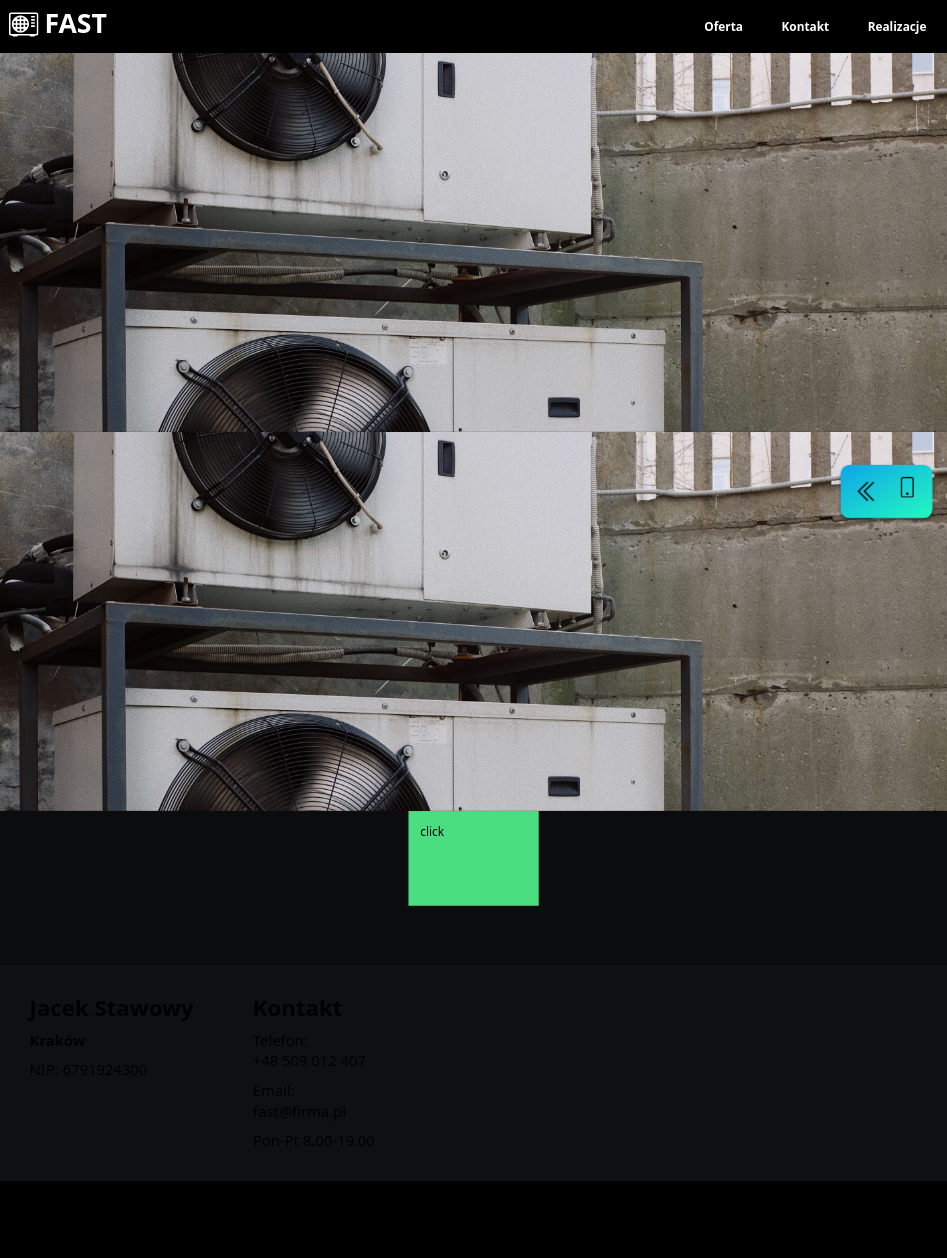
Repository: piotrokrutniak/Fast-CompanyWebsite
Page: /carousel
An editor plug-in stored every save of this project. The page is shown before and after the next save, followed by the edit.
The browser window is 1280 px wide. The pictures show the whole page, at 74% of full size.
The project was rebuilt for these pictures with package versions that can differ from the ones it lists, and the page was loaded fresh each time. The framework's server and built-in components were replaced by stand-ins that run in the browser. Also part of the build but not shown: next.config.js.

Above is the page before, as saved 2023-10-21 11:19:48.

### src/app/layout.js
import FootBar from './components/footbar/footbar'
import Navbar from './components/navbar/navbar'
import QuickContact from './components/quickContact'
import './globals.css'
import { Inter } from 'next/font/google'

const inter = Inter({ subsets: ['latin'] })

export const metadata = {
  title: 'Fast - Klimatyzacje Kraków',
  description: 'F.U.H. Fast Jacek Stawowy - Klimatyzacje',
}

export default function RootLayout({ children }) {
  return (
    <html lang="en" className=''>
      <body className='bg-black min-w-mobile overflow-x-hidden'>
        <div className='bg-slate-500/10 min-h-screen relative'>
          <Navbar/>
          {children}
          <QuickContact/>
          <FootBar/>
        </div>
      </body>
    </html>
  )
}

### src/app/(pages)/carousel/page.js
"use client"
import Image from "next/image"
import p1 from "../../../../public/img/air-conditioning-2.jpg"
import p2 from "../../../../public/img/heat-pump-2.jpg"
import p3 from "../../../../public/img/heating-2.jpg"
import { useState } from "react"
// import ac1 from "./media/img/air-conditioning-2.jpg"
// import ac2 from "./media/img/heat-pump-2.jpg"
// import ac3 from "./media/img/heating-2.jpg"

export default function CarouselPage(){
    const slides = [p1, p2, p3]

    const [activeIndex, setActiveIndex] = useState(0)

    return(
        <>
        <div className="w-full max-w-7xl relative mx-auto overflow-x-auto">
        <div className="relative w-full max-w-7xl h-128 flex overflow-visible -translate-x-[0%]">
            <div className="w-full h-full absolute">
                <Image src={p1} layout='fill' objectFit='cover' className="h-full"/>
            </div>
            <div className="w-full h-full absolute left-[100%]">
                <Image src={p2} layout='fill' objectFit='cover'/>
            </div>
            <div className="w-full h-full absolute left-[200%]">
                <Image src={p3} layout='fill' objectFit='cover'/>
            </div>
        </div>
        </div>
        <div className="w-full max-w-7xl relative mx-auto overflow-x-auto">
        <div className={`relative w-full max-w-7xl h-128 flex overflow-visible -translate-x-[${activeIndex * 100}%]`}>
            {slides.map((image, index) => <CarouselPanel image={image} key={index} index={index} />)}
        </div>
        </div>
        <div className="w-44 h-32 mx-auto p-4 bg-green-400" onClick={() => setActiveIndex(x => x+1)}>click</div>
        </>
    )
}

function CarouselPanel({image, index}){
    return (
        <div className={`w-full h-full absolute left-[${index * 100}%]`}>
            <Image src={image} layout='fill' objectFit='cover' className="h-full"/>
        </div>
        )
}

### src/app/components/footbar/footbar.js
import Link from "next/link";

export default function FootBar(){
    return(
        <footer className="bg-slate-500/5 mt-20">
            <div className="max-w-7xl w-full p-10 flex gap-8 sm:gap-20 m-auto">
                <div className="flex flex-col gap-3">
                    <h1 className="font-bold text-3xl">Jacek Stawowy</h1>
                    <h2 className="font-semibold text-xl">Kraków</h2>
                    <h2 className="font-thin text-xl">NIP: 6791924300</h2>
                </div>

                <div className="flex flex-col gap-3">
                    <h1 className="font-bold text-3xl">Kontakt</h1>
                    <h2 className="font-thin text-xl">Telefon:
                    <Link href={"tel:+48 509 012 407"} className="cursor-pointer hover:text-emerald-200">
                        <p className="whitespace-nowrap">
                            +48 509 012 407
                        </p>
                    </Link>
                    </h2>
                    <h2 className="font-thin text-xl">Email:
                    <Link href={"email:fast@firma.pl"} className="cursor-pointer hover:text-emerald-200">
                        <p className="whitespace-nowrap">
                            fast@firma.pl
                        </p>
                    </Link>
                    </h2>
                    <h2 className="font-thin text-xl">Pon-Pt 8.00-19.00</h2>
                </div>
            </div>
            <div className="bg-black flex p-10 ">
                <div className="xs:m-auto w-fit">
                    © Piotr Okrutniak 2022
                </div>
            </div>
        </footer>
    )
}

### src/app/components/navbar/navbar.js
"use client";
import { useState } from "react";
import ButtonBase from "../common/buttonBase";
import AcLogo from "../icons/ac";
import {BsList, BsXLg} from "react-icons/bs";
import Link from "next/link";

export default function Navbar(){
    const [mobileOpen, setMobileOpen] = useState(false)

    return(
        <nav className="sticky bg-black top-0 w-full py-3 px-5 sm:px-3  z-50">
            <div className="flex justify-between mx-auto max-w-7xl h-auto align-middle">
                <Link href="/">
                    <div className="text-white text-4xl font-bold hover:cursor-pointer flex gap-2 align-middle
                        hover:text-emerald-200 hover:fill-emerald-200 fill-white active:opacity-90 transition-all">
                        <AcLogo className="h-10 w-10 top-px relative"/>
                        FAST
                    </div>
                </Link>
                <div className="align-middle gap-5 text-black transition-all ease-in hidden sm:flex">
                    <Link href="/oferta">
                        <ButtonBase text="Oferta" color="bg-transparent" className="hover:bg-slate-400/25 text-white"  onClick={() => setMobileOpen(false)}/>
                    </Link>
                    <Link href="/kontakt">
                        <ButtonBase text="Kontakt" color="bg-transparent" className="hover:bg-slate-400/25 text-white"  onClick={() => setMobileOpen(false)}/>
                    </Link>
                    <Link href="/realizacje">
                        <ButtonBase text="Realizacje" color="bg-transparent" className="hover:bg-slate-400/25 text-white"  onClick={() => setMobileOpen(false)}/>
                    </Link>
                </div>
                <div className=" sm:hidden flex">
                    <BsList className="h-12 w-12 cursor-pointer hover:fill-emerald-200 active:opacity-90" onClick={() => setMobileOpen(true)}/>
                </div>
            </div>

            <div className={`${mobileOpen ? "" : "translate-x-full"} absolute w-screen h-screen bg-black left-0 top-0 sm:hidden transition-all`}>
                <div id="mobile-header" className="flex p-3 cursor-pointer" onClick={() => setMobileOpen(false)}>
                    <BsXLg className="w-14 h-14 p-2 hover:fill-emerald-200 active:opacity-70 absolute right-4"/>
                </div>
                <div id="mobile-list" className="flex flex-col w-full gap-8 justify-center text-xl px-5 py-32">
                    <Link href="/kontakt" onClick={() => setMobileOpen(false)}>
                        <ButtonBase text="Kontakt" className="w-full py-6 px-10 bg-gradient-to-br hover:from-sky-500 hover:to-emerald-200 self-center" color="bg-slate-500/25"/>
                    </Link>
                    <Link href="/oferta" onClick={() => setMobileOpen(false)}>
                        <ButtonBase text="Oferta" className="w-full py-6 px-10 bg-gradient-to-br hover:from-sky-500 hover:to-emerald-200 self-center" color="bg-slate-500/25"/>
                    </Link>
                    <Link href="/realizacje" onClick={() => setMobileOpen(false)}>
                        <ButtonBase text="Realizacje" className="w-full py-6 px-10 bg-gradient-to-br hover:from-sky-500 hover:to-emerald-200 self-center" color="bg-slate-500/25"/>
                    </Link>
                    <Link href="/" onClick={() => setMobileOpen(false)}>
                        <ButtonBase text="Strona Główna" className="w-full py-6 px-10 bg-gradient-to-br hover:from-sky-500 hover:to-emerald-200 self-center" color="bg-slate-500/25"/>
                    </Link>
                </div>
                <div className="p-10 justify-self-center w-full text-center bottom-0 absolute">
                    © Piotr Okrutniak 2022
                </div>
            </div>
        </nav>
    )
}

### src/app/components/quickContact.js
"use client";

import Link from "next/link";
import { useState } from "react"
import {BsChevronDoubleRight, BsPhone} from "react-icons/bs"

export default function QuickContact(){
    const [folded, setFolded] = useState(true)

    function Transition(){
        setFolded((old) => !old)
    }

    return(
        <div className="bg-gradient-to-br from-sky-500 to-emerald-200 rounded-xl w-fit sm:p-5 p-3 text-base
            font-normal shadow-md shadow-black/50 fixed right-5 bottom-5 flex items-center gap-4 transition-all ease-in-out whitespace-nowrap">
            <BsChevronDoubleRight className={`${folded ? "rotate-180" : "rotate-0"} transition-all ease-in h-8 w-8 cursor-pointer active:opacity-60 select-none`}
                onClick={() => Transition()}/>
            <div className="flex gap-2">
                <p className={`${folded ? "w-0" : "w-72 max-sm:w-44"} overflow-hidden transition-all ease-in flex max-sm:flex-col`}><p>Skontaktuj się z nami:</p> <Link href={"tel:+48 509 012 407"} className="cursor-pointer">+48 509 012 407</Link></p>
                <BsPhone className="h-7 w-7 animate-bounce self-center"/>
            </div>
        </div>
    )
}

### src/app/globals.css
@import 'tailwindcss/base';
@import 'tailwindcss/components';
@import 'tailwindcss/utilities';

:root {

}

@media (prefers-color-scheme: dark) {
  :root {
    --foreground-rgb: 255, 255, 255;
    scroll-behavior: smooth;
  }
}

body {
  color: rgb(var(--foreground-rgb));
  background: linear-gradient(
      to bottom,
      transparent,
      rgb(var(--background-end-rgb))
    )
    rgb(var(--background-start-rgb));
}

@layer base {
  html {
    scroll-behavior: smooth;
  }
}

### src/app/components/common/buttonBase.js
export default function ButtonBase({...props}){
    return(
        <button className={`${props.className} ${props.color ?? "bg-sky-500"} py-3 px-4 rounded-lg font-semibold active:opacity-80 flex items-center gap-2 whitespace-nowrap transition-all`}
            onClick={props.onClick}>
            {props.text} {props.icon ?? ""}
        </button>
    )
}

### src/app/components/icons/ac.js
export default function AcLogo({...props}){
    return(
        <svg
            xmlns="http://www.w3.org/2000/svg"
            xmlSpace="preserve"
            width={800}
            height={800}
            viewBox="0 0 507.802 507.802"
            {...props}
        >
            <path d="M465.7 47.901H42.3c-23.3 0-42.3 18.9-42.3 42.3v313.3c0 23.3 19 42.3 42.3 42.3h16.1c0 7.8 6.3 14.1 14.1 14.1H139c7.8 0 14.1-6.3 14.1-14.1h201.6c0 7.8 6.3 14.1 14.1 14.1h66.5c7.8 0 14.1-6.3 14.1-14.1h16.1c23.3 0 42.3-19 42.3-42.3v-313.3c.2-23.4-18.8-42.3-42.1-42.3zm0 369.7H42.3c-7.8 0-14.1-6.3-14.1-14.1v-313.3c0-7.8 6.3-14.1 14.1-14.1h423.3c7.8 0 14.1 6.3 14.1 14.1v313.3h.1c0 7.8-6.3 14.1-14.1 14.1z" />
            <path d="M435.6 107.801H391c-7.8 0-14.1 6.3-14.1 14.1s6.3 14.1 14.1 14.1h44.6c7.8 0 14.1-6.3 14.1-14.1s-6.3-14.1-14.1-14.1zM435.6 161.601H391c-7.8 0-14.1 6.3-14.1 14.1s6.3 14.1 14.1 14.1h44.6c7.8 0 14.1-6.3 14.1-14.1s-6.3-14.1-14.1-14.1zM435.6 215.301H391c-7.8 0-14.1 6.3-14.1 14.1s6.3 14.1 14.1 14.1h44.6c7.8 0 14.1-6.3 14.1-14.1s-6.3-14.1-14.1-14.1zM435.6 269.101H391c-7.8 0-14.1 6.3-14.1 14.1s6.3 14.1 14.1 14.1h44.6c7.8 0 14.1-6.3 14.1-14.1s-6.3-14.1-14.1-14.1zM198.3 99.701c-81.1 0-147.1 66-147.1 147.1s66 147.1 147.1 147.1 147.1-66 147.1-147.1-66-147.1-147.1-147.1zm-80.9 233.9c-2-1.9-3.9-3.8-5.8-5.8h5.8v5.8zm0-34H92c-5.9-11.9-10-24.9-11.6-38.6h37v38.6zm0-66.9h-37c1.6-13.7 5.6-26.7 11.6-38.6h25.4v38.6zm0-66.8h-5.8c1.9-2 3.8-3.9 5.8-5.8v5.8zm66.8 198.9c-13.7-1.6-26.7-5.7-38.6-11.6v-25.4h38.6v37zm0-65.2h-38.6v-38.6h38.6v38.6zm0-66.9h-38.6v-38.6h38.6v38.6zm0-66.8h-38.6v-25.4c11.9-5.9 24.9-10 38.6-11.6v37zm95.1-5.8c2 1.9 3.9 3.8 5.8 5.8h-5.8v-5.8zm0 34h25.4c5.9 11.9 10 24.9 11.6 38.6h-37v-38.6zm-28.2 159.1c-11.9 5.9-24.9 10-38.6 11.6v-37h38.6v25.4zm0-53.6h-38.6v-38.6h38.6v38.6zm0-66.9h-38.6v-38.6h38.6v38.6zm0-66.8h-38.6v-37c13.7 1.6 26.7 5.7 38.6 11.6v25.4zm28.2 167.7v-5.8h5.8c-1.9 2-3.8 4-5.8 5.8zm0-34v-38.6h37c-1.6 13.7-5.7 26.7-11.6 38.6h-25.4z" />
        </svg>
    )
}

### tailwind.config.js
/** @type {import('tailwindcss').Config} */
module.exports = {
  content: [
    './src/pages/**/*.{js,ts,jsx,tsx,mdx}',
    './src/components/**/*.{js,ts,jsx,tsx,mdx}',
    './src/app/**/*.{js,ts,jsx,tsx,mdx}',
  ],
  theme: {
    extend: {
      backgroundImage: {
        'gradient-radial': 'radial-gradient(var(--tw-gradient-stops))',
        'gradient-conic':
          'conic-gradient(from 180deg at 50% 50%, var(--tw-gradient-stops))',
      },
      height:{
        '112': '28rem',
        '128': '32rem',
      },
      width:{
        '112': '28rem',
        '128': '32rem',
      },
      colors:{
        "emerald":{
          "50": "#b0fde8",
          "100": "#60FBD2",
          "200": "#24F9C1",
          "400": "#06EFB1",
          "500": "#06d6a0",
        }
      },
      minWidth:{
        'mobile': '360px',
        '54': '258px',
      },
      screens:{
        'xs': '580px',
        '850': '850px',
      },
    },
  },
  plugins: [],
}

After the next save:
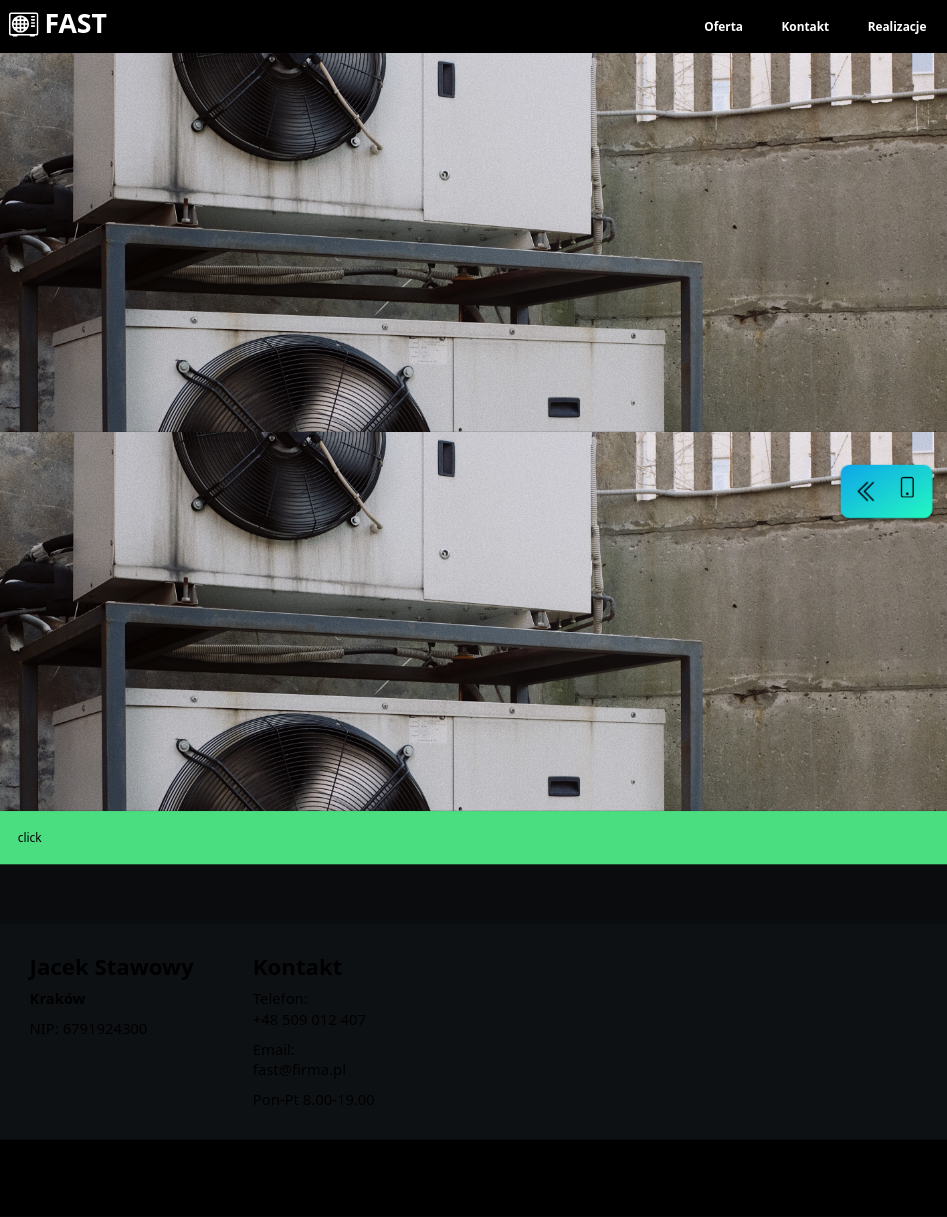
Saved 12 s later.
--- a/src/app/(pages)/carousel/page.js
+++ b/src/app/(pages)/carousel/page.js
@@ -33,7 +33,7 @@ export default function CarouselPage(){
             {slides.map((image, index) => <CarouselPanel image={image} key={index} index={index} />)}
         </div>
         </div>
-        <div className="w-44 h-32 mx-auto p-4 bg-green-400" onClick={() => setActiveIndex(x => x+1)}>click</div>
+        <div className="mx-auto p-6 bg-green-400" onClick={() => setActiveIndex(x => x+1)}>click</div>
         </>
     )
 }
